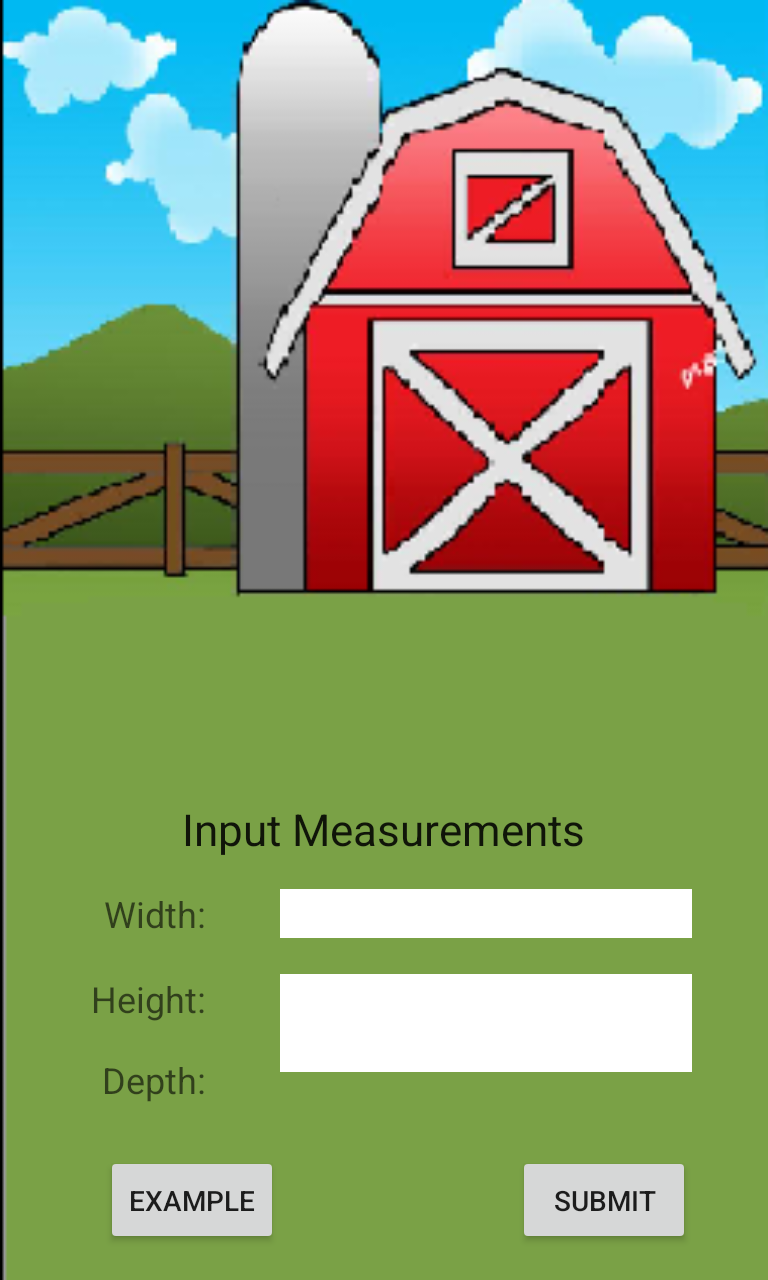
Repository: jdmielke/AnimalApp
Layout: AWEA/res/layout/measurements.xml
The author's editor kept a copy of each file at every save. The layout is drawn from the files as they stood at one save, then again after the next save.
It is drawn on a 768 x 1280 px phone screen (xhdpi) without system bars, with theme AppTheme; the app's code is not run.

Above is the layout before, as saved 2014-10-16 00:05:33.

After the next save:
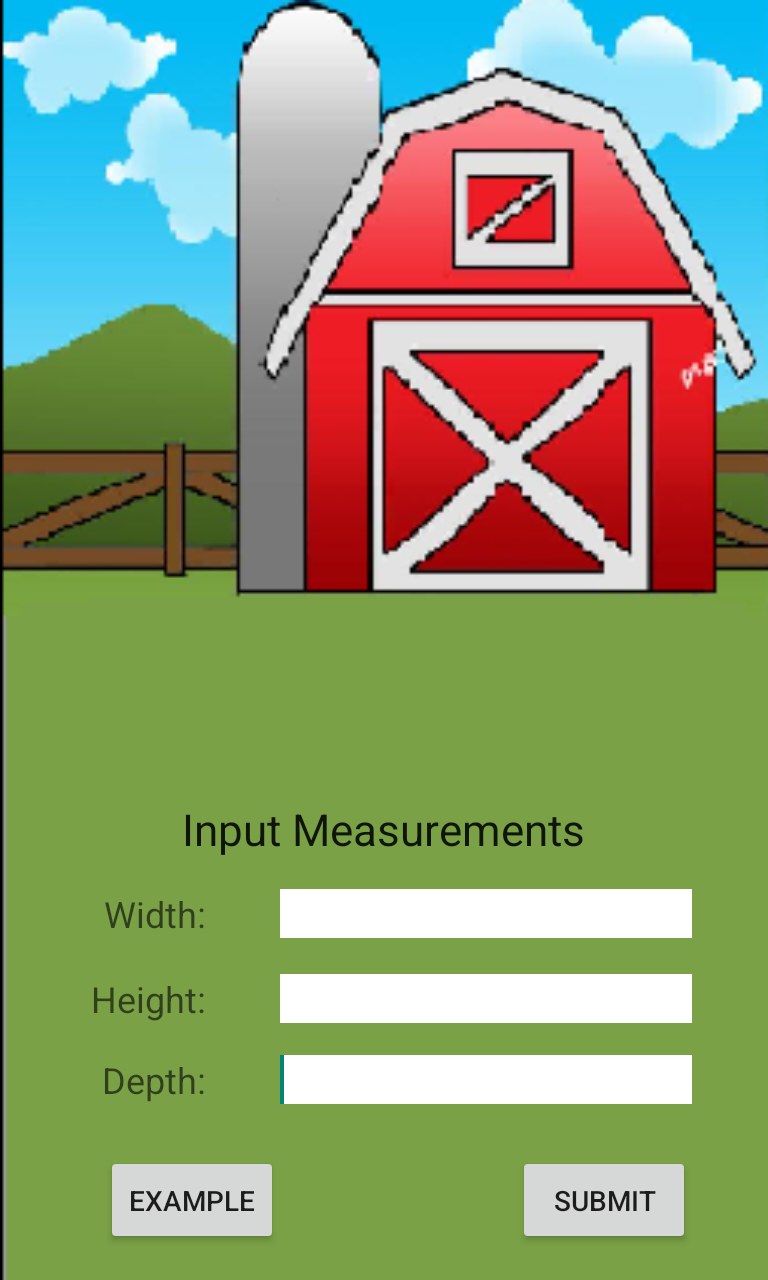
Saved 13 s later.
--- a/AWEA/res/layout/measurements.xml
+++ b/AWEA/res/layout/measurements.xml
@@ -81,16 +81,6 @@
         android:background="#ffffff"/>
 
     <EditText
-        android:id="@+id/editText3"
-        android:layout_width="wrap_content"
-        android:layout_height="wrap_content"
-        android:layout_alignRight="@+id/editText2"
-        android:layout_below="@+id/editText2"
-        android:layout_toRightOf="@+id/button2"
-        android:ems="10"
-         android:background="#ffffff"/>
-
-    <EditText
         android:id="@+id/editText1"
         android:layout_width="wrap_content"
         android:layout_height="wrap_content"
@@ -100,4 +90,18 @@
         android:ems="10"
         android:background="#ffffff"  />
 
+    <EditText
+        android:id="@+id/editText3"
+        android:layout_width="wrap_content"
+        android:layout_height="wrap_content"
+        android:layout_alignBaseline="@+id/textView4"
+        android:layout_alignBottom="@+id/textView4"
+        android:layout_alignRight="@+id/editText2"
+        android:layout_toRightOf="@+id/button2"
+        android:background="#ffffff"
+        android:ems="10" >
+
+        <requestFocus />
+    </EditText>
+
 </RelativeLayout>
